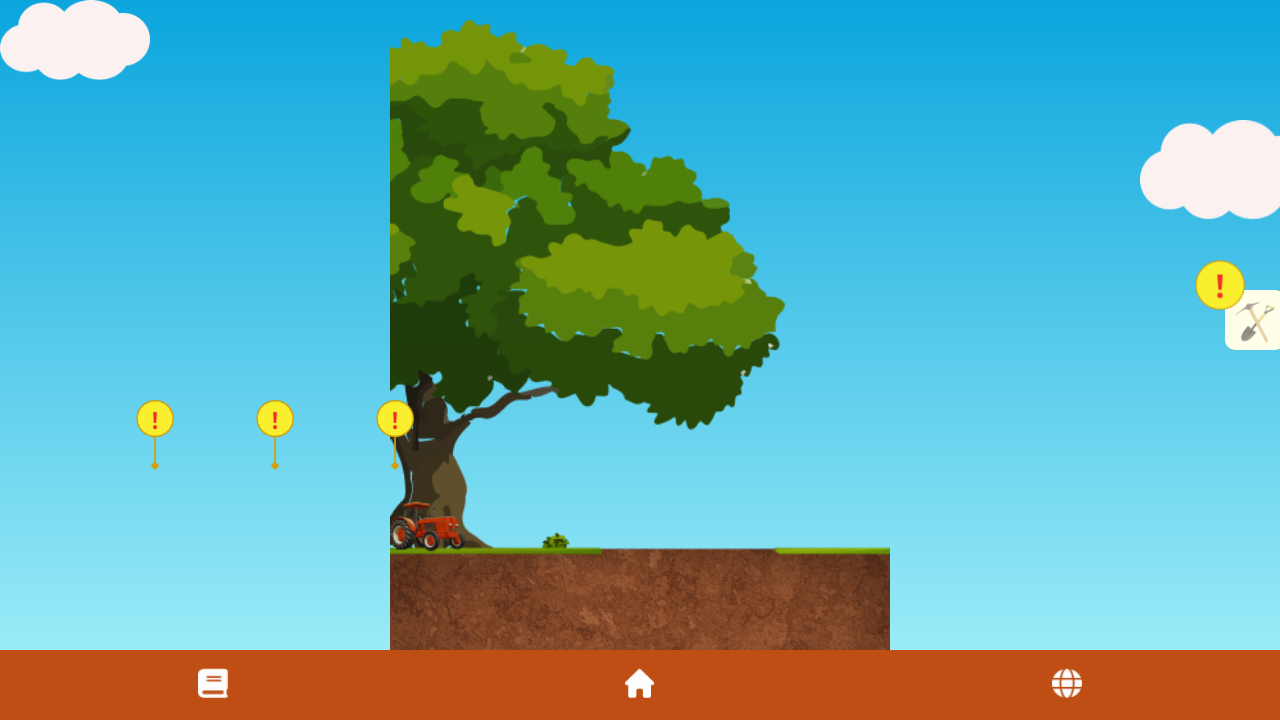
Repository: kobuchisouta/kome-app
Page: /
The author's editor kept a copy of each file at every save. The page is drawn from the files as they stood at one save, then again after the next save.
The browser window is 1280 px wide. The pictures show the whole page.
The project was rebuilt for these pictures with package versions that can differ from the ones it lists, and the page was loaded fresh each time. The framework's server and built-in components were replaced by stand-ins that run in the browser. Also part of the build but not shown: next.config.ts.

Above is the page before, as saved 2025-01-29 11:07:50.

### src/app/layout.tsx
import type { Metadata } from "next";
import localFont from "next/font/local";
import "./globals.css";
import Footer from "./components/footer/Footer";

const geistSans = localFont({
  src: "./fonts/GeistVF.woff",
  variable: "--font-geist-sans",
  weight: "100 900",
});
const geistMono = localFont({
  src: "./fonts/GeistMonoVF.woff",
  variable: "--font-geist-mono",
  weight: "100 900",
});

export const metadata: Metadata = {
  title: "Create Next App",
  description: "Generated by create next app",
};

export default function RootLayout({
  children,
}: Readonly<{
  children: React.ReactNode;
}>) {
  return (
    <html lang="ja">
      <body>
        <header>
        </header>
        <main>

          {children}
        </main>
        <Footer />
      </body>
    </html>

  );
}

### src/app/page.tsx
"use client";
import Head from 'next/head';
import Image from 'next/image';
import { useState } from 'react';
import styles from './page.module.css'; // モジュールCSS
import Link from 'next/link';

export default function Home() {
  const [isModalOpen, setIsModalOpen] = useState(false);

  const openModal = () => setIsModalOpen(true);
  const closeModal = () => setIsModalOpen(false);

  return (
    <>
      <Head>
        <title>米⭐︎すたー</title>
        <meta name="viewport" content="width=device-width,initial-scale=1.0,minimum-scale=1.0" />
        <meta name="description" content="ここに説明文を設定" />
      </Head>

      <main className={styles.main}>
        <div className={styles.contents}>
          <div className={styles.clouds}>
            <p className={styles.cloud1}>
              <Image src="/cloud1.png" alt="雲" width={150} height={80} />
            </p>
            <p className={styles.cloud2}>
              <Image src="/cloud2.png" alt="雲" width={170} height={100} />
            </p>
          </div>

          <div className={styles.tools}>
            <div className={styles.toolBar}>
              <p>
                <Image src="/tools.png" alt="道具" width={50} height={50} />
              </p>
            </div>
            <div className={styles.lookUp}>
              <p>
                <Image src="/pickup.png" alt="見て" width={50} height={50} />
              </p>
            </div>
          </div>

          <div className={styles.stages}>
            <div className={styles.stagePick}>
              <a className={`${styles.stage} ${styles.modalOpen}`} onClick={openModal}>
                <Image src="/pick.png" alt="クリック" width={70} height={70} />
              </a>
              <a className={`${styles.stage} ${styles.modalOpen}`} onClick={openModal}>
                <Image src="/pick.png" alt="クリック" width={70} height={70} />
              </a>
              <a className={`${styles.stage} ${styles.modalOpen}`} onClick={openModal}>
                <Image src="/pick.png" alt="クリック" width={70} height={70} />
              </a>
            </div>

            {isModalOpen && (
              <div className={styles.modal}>
                <div className={styles.modalInner}>
                  <div className={styles.modalContent}>
                    <div className={styles.modalHeader}>
                      <h1>土地選びと購入準備</h1>
                    </div>
                    <div className={styles.modalBody}>
                      <Link href={"/home"}>エリア調査</Link>
                      <Link href={"/home"}>土地の購入</Link>
                      <a href="#">土地の整地</a>
                      <a href="#">水利権の確認</a>
                      <a href="#">情報収集</a>
                    </div>
                    <div className={styles.modalFooter}>
                      <span className={styles.modalClose} onClick={closeModal}>
                        閉じる
                      </span>
                    </div>
                  </div>
                </div>
              </div>
            )}

            <div className={styles.stageImg}>
              <a className={styles.stage1}>
                <Image src="/ine.png" alt="稲" width={50} height={50} />
              </a>
              <a className={styles.stage2}>
                <Image src="/makimaki.png" alt="田植え" width={70} height={70} />
              </a>
              <a className={styles.stage3}>
                <Image src="/sawasawa.png" alt="手入れ" width={70} height={70} />
              </a>
            </div>
          </div>
        </div>
      </main>
    </>
  );
}

### src/app/globals.css
* {
	margin: 0;
	padding: 0;
	box-sizing: border-box;
}
body {
	color: var(--foreground);
	background: var(--background);
	font-family: Arial, Helvetica, sans-serif;
	-webkit-font-smoothing: antialiased;
	-moz-osx-font-smoothing: grayscale;
	display: flex;
	flex-direction: column;
	width: 100%;
	height: 100%;
	margin: 0 auto;
}

* {
	box-sizing: border-box;
	text-decoration: none;
	list-style: none;
}

html {
	width: 100%;
	height: 100vh;
}

### src/app/components/footer/Footer.tsx

import Image from 'next/image';
import styles from './style.module.css';

export default function Footer() {
    return (
        <footer className={styles.footer}>
            <a href='/book' className={styles.book}>
                <Image src="/book.png" alt="book" width={30} height={30} />
            </a>
            <a href='/' className={styles.home}>
                <Image src="/house.png" alt="house" width={30} height={30} />
            </a>
            <a href='/news' className={styles.globe}>
                <Image src="/globe.png" alt="globe" width={30} height={30} />
            </a>
        </footer>
    );
}

### src/app/page.module.css
.main {
	background: url("/tree.png"), linear-gradient(#0ba5dd 0%, #aaf3fa 100%);
	background-repeat: no-repeat, no-repeat;
	background-position: bottom, center; /* 画像を中央に配置 */
	background-size: 500px 700px, auto; /* グラデーションは自動サイズ、画像はカバー */
	width: 100%;
	height: 100vh;
	position: fixed;
}

.contents {
	z-index: 100;
}

.clouds {
	.cloud1 {
		position: absolute;
	}

	.cloud2 {
		position: absolute;
		top: 120px;
		right: -30px;
	}
}
.tools {
	background: #fffee9;
	border-radius: 10px;
	width: 60px;
	height: 60px;
	position: absolute;
	right: -5px;
	top: 290px;

	.toolBar img {
		position: absolute;
		top: 8px;
		left: 4px;
	}

	.lookUp img {
		position: absolute;
		left: -30px;
		top: -30px;
	}
}

.stages {
	.stageImg {
		position: relative;
		display: flex;
		gap: 50px;
		top: 692px;
		left: 130px;
	}

	.stagePick {
		position: absolute;
		bottom: 220px;
		left: 120px;
		display: flex;
		gap: 20px;
		align-items: flex-end;
		background-color: transparent; /* 必要に応じて透明に設定 */
	}
	.stagePick:hover {
		animation: poyopoyo 2s ease-out infinite;
		opacity: 1;
	}
	@keyframes poyopoyo {
		0%,
		40%,
		60%,
		80% {
			transform: scale(1.0);
		}
		50%,
		70% {
			transform: scale(0.95);
		}
	}

	.stagePick {
		background-color: none;
	}

	.stage {
		position: relative;
		width: 100px;
		height: 100px;
	}
	.stage img {
		object-fit: contain;
	}
}

.modal {
	position: fixed;
	top: 0;
	left: 0;
	width: 100%;
	height: 100%;
	background-color: rgba(0, 0, 0, 0.5);
	display: flex;
	justify-content: center;
	align-items: center;
	z-index: 1000;
}

.modalInner {
	background-color: #f2ac3b;
	padding: 20px;
	border-radius: 10px;
	width: 80%;
	max-width: 500px;
}

.modalHeader,
.modalBody,
.modalFooter {
	margin-bottom: 10px;
	display: flex;
	justify-content: center;
	align-items: center;
	flex-direction: column;
	gap: 10px;
}

.modalHeader h1 {
	color: #fff;
	font-size: 1.5rem;
}

.modalBody a {
	color: #fff;
	border: #fff solid 1px;
	width: 100%;
	height: 50px;
	font-weight: bold;
	text-align: center;
	line-height: 50px;
	border-radius: 8px;
}

.modalClose {
	width: 150px;
	height: 50px;
	border-radius: 8px;
	text-align: center;
	line-height: 50px;
	background: #fff;
}
@keyframes modalopen {
	from {
		opacity: 0;
	}
	to {
		opacity: 1;
	}
}

.modal-header h1 {
	margin: 1rem 0;
}

.modal-close {
	font-size: 1.8rem;
}

.modal-close:hover {
	cursor: pointer;
}

### src/app/components/footer/style.module.css
.footer {
	width: 100%;
	height: 70px;
	display: flex;
	justify-content: space-around;
	align-items: center;
	background: #be4e14;
	z-index: 100;
	position: fixed;
	bottom: 0;
}

After the next save:
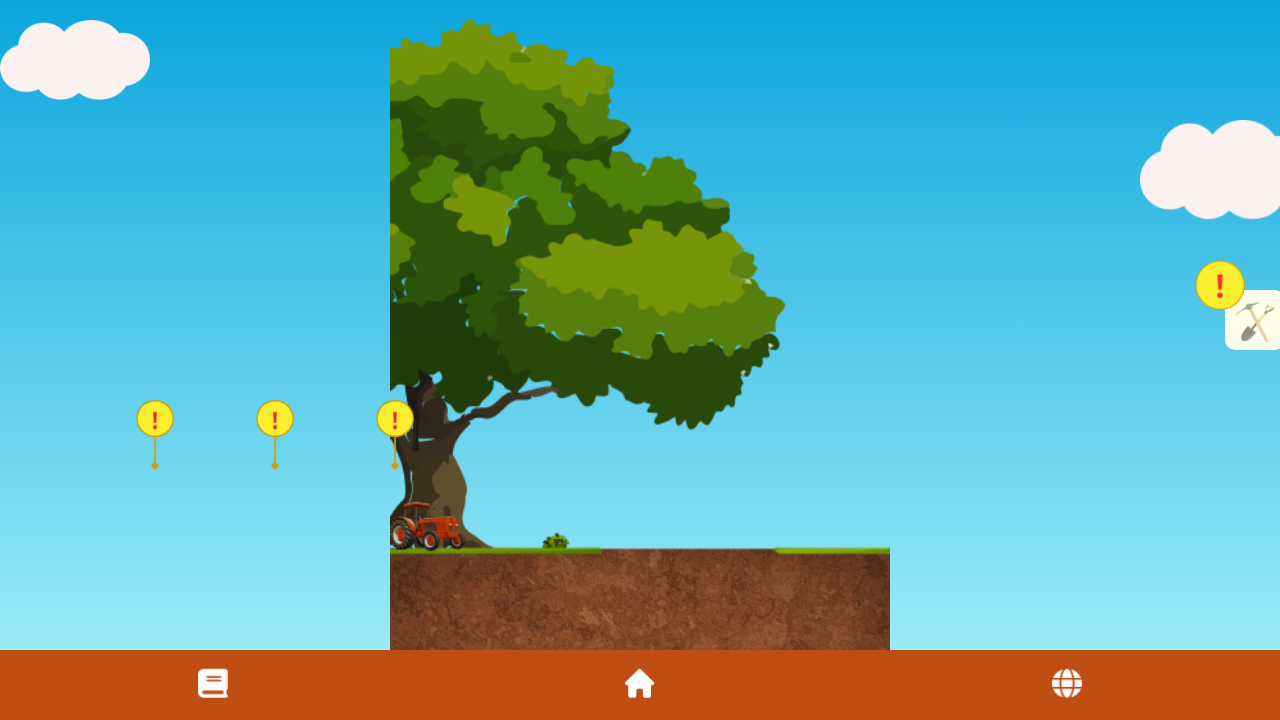
Saved 9 s later.
--- a/src/app/page.module.css
+++ b/src/app/page.module.css
@@ -15,6 +15,7 @@
 .clouds {
 	.cloud1 {
 		position: absolute;
+		top: 20px;
 	}
 
 	.cloud2 {
